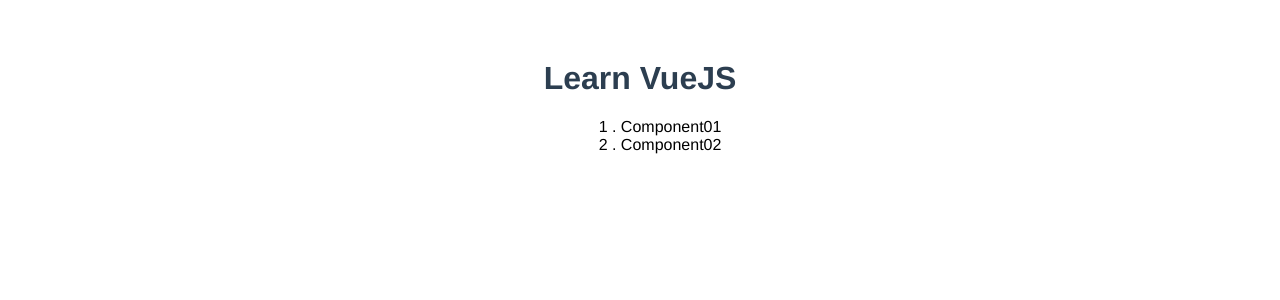
Repository: SWE-VueJS/vue-todo
Page: /
The author's editor kept a copy of each file at every save. The page is drawn from the files as they stood at one save, then again after the next save.
The browser window is 1280 px wide. The pictures show the whole page.
The project was rebuilt for these pictures with package versions that can differ from the ones it lists, and the page was loaded fresh each time. Also part of the build but not shown: src/components/Component01.vue, src/components/Component02.vue.

Above is the page before, as saved 2018-11-01 09:24:35.

### index.html
<!DOCTYPE html>
<html>
  <head>
    <meta charset="utf-8">
    <meta name="viewport" content="width=device-width,initial-scale=1.0">
    <title>vue-learn</title>
  </head>
  <body>
    <div id="app"></div>
    <!-- built files will be auto injected -->
  </body>
</html>

### src/App.vue
<template>
  <div id="app">
    <h1>{{title}}</h1>
    <div class="list-cpn">
      <ul class="list flexbox justify-content-center">
        <li class="item" v-for="(item, index) in listComponents" :key="index">
          <router-link :to="{path: item.link }">{{index + 1}} . {{item.name}}</router-link>
        </li>
      </ul>
    </div>
    <router-view/>
  </div>
</template>

<script>
import cpn01 from '@/components/Component01'
import cpn02 from '@/components/Component02'
export default {
  components: {cpn01, cpn02},
  name: 'App',
  data: function(){
    return {
      title: 'Learn VueJS',
      listComponents: [
        {name: 'Component01', link: 'Component01'},
        {name: 'Component02', link: 'Component02'}
      ]
    }
  }
}
</script>

<style>
a{
  color: #000;
  text-decoration: none;
}
#app {
  font-family: 'Avenir', Helvetica, Arial, sans-serif;
  -webkit-font-smoothing: antialiased;
  -moz-osx-font-smoothing: grayscale;
  text-align: center;
  color: #2c3e50;
  margin-top: 60px;
}
.flexbox{
  display: flex;
}
.justify-content-center{
  justify-content: center;
}
.list{
  list-style: none;
  flex-direction: column;
}
</style>

### src/router/index.js
import Vue from 'vue'
import Router from 'vue-router'
import Component01 from '@/components/Component01'
import Component02 from '@/components/Component02'

Vue.use(Router)

export default new Router({
  routes: [
    {
      path: '/Component01',
      name: 'cpn01',
      component: Component01
    },
    {
      path: '/Component02',
      name: 'cpn02',
      component: Component02
    }
  ]
})

Loaded but not shown: src/main.js (common file)

After the next save:
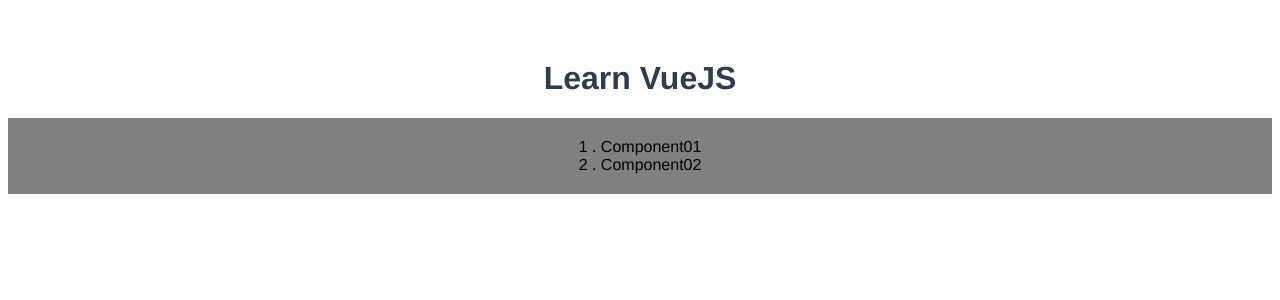
Saved 25 s later.
--- a/src/App.vue
+++ b/src/App.vue
@@ -52,5 +52,7 @@
 .list{
   list-style: none;
   flex-direction: column;
+  background-color: gray;
+  padding: 20px;
 }
 </style>
